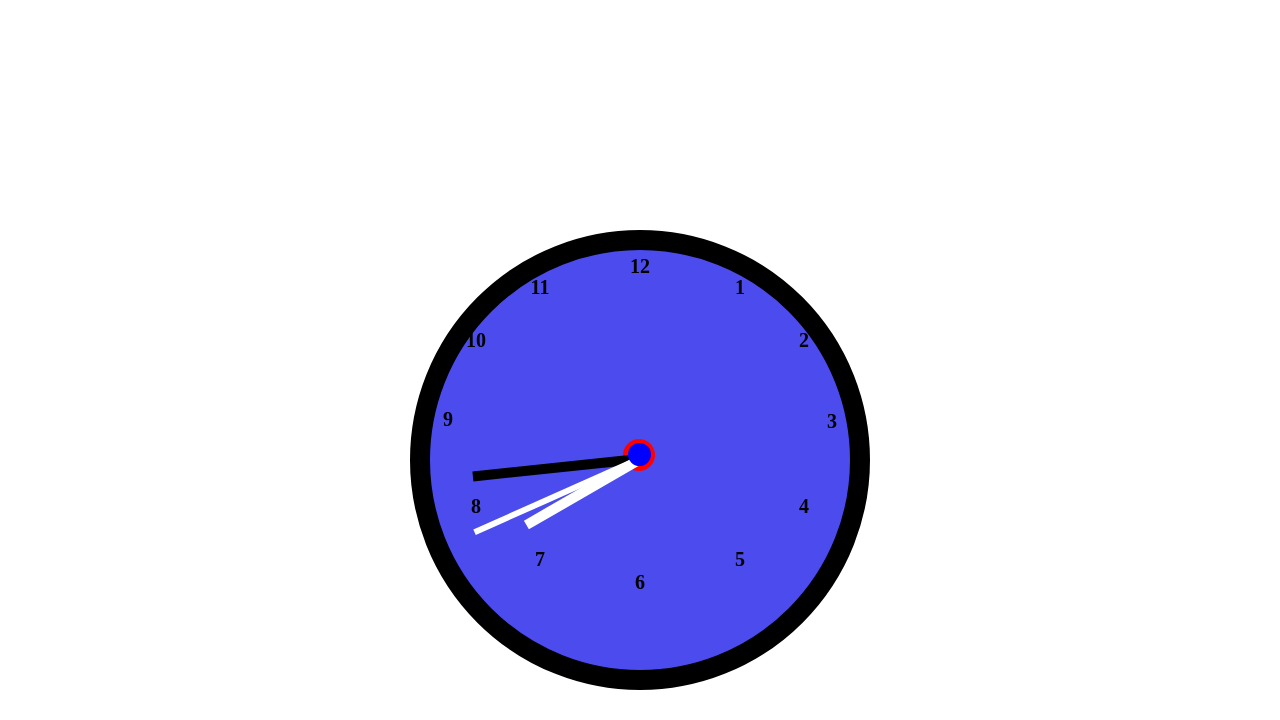
Repository: Eugene44-hub/Analog-clock
Page: index.html
These files come from the project's save history. The page is drawn as it stood at one moment and after the next save; the edit follows.
The browser window is 1280 px wide. The pictures show the whole page.

Above is the page before, as saved 2021-09-04 19:59:59.

### index.html
<!DOCTYPE html>
<html lang="en">

<head>
    <meta charset="UTF-8">
    <meta http-equiv="X-UA-Compatible" content="IE=edge">
    <meta name="viewport" content="width=device-width, initial-scale=1.0">
    <title>Document</title>
    <link rel="stylesheet" href="style.css">
</head>

<body>
    <div class="clock">
        <div class="numbers">

            <div class="circle"></div>
            <div class="minute"></div>
            <div class="hour"></div>
            <div class="second"></div>
            <div class="circle small"></div>
            <div class="num1">1</div>
            <div class="num2">2</div>
            <div class="num3">3</div>
            <div class="num4">4</div>
            <div class="num5">5</div>
            <div class="num6">6</div>
            <div class="num7">7</div>
            <div class="num8">8</div>
            <div class="num9">9</div>
            <div class="num10">10</div>
            <div class="num11">11</div>
            <div class="num12">12</div>
        </div>
    </div>
</body>

<script src="app.js"></script>

</html>

### style.css
* {
    padding: 0;
    margin: 0;
}

.clock {
    background-color: rgb(75, 75, 238);
    height: 400px;
    width: 400px;
    border: 20px solid black;
    text-align: center;
    font-weight: bold;
    font-family: cursive;
    font-size: 20px;
    transform: translate(0, 50%);
    position: relative;
    border-radius: 50%;
    margin: auto;
    padding: 10px;
}

.circle {
    background-color: red;
    position: absolute;
    top: 45%;
    left: 46%;
    width: 32px;
    height: 32px;
    border-radius: 50%;
}

.minute {
    background-color: black;
    position: absolute;
    top: 10%;
    left: 48.5%;
    width: 10px;
    height: 167px;
    border: 50%;
    transform: rotate(0deg);
    transform-origin: bottom;
}

.hour {
    background-color: black;
    position: absolute;
    top: 19%;
    left: 48.5%;
    width: 10px;
    height: 130px;
    border: 50%;
    transform: rotate(0deg);
    background-color: white;
    transform-origin: bottom;
    /* animation: clock 60s linear infinite; */
}

.second {
    position: absolute;
    top: 7%;
    left: 49%;
    width: 6px;
    height: 180px;
    border: 50%;
    transform: rotate(0deg);
    background-color: white;
    transform-origin: bottom;
    animation: clock 60s linear infinite;
}

.small {
    width: 23px;
    height: 23px;
    background-color: blue;
    left: 198px;
    top: 46%;
}


/*
@keyframes clock {
    from {
        transform: rotate(0deg);
        background-color: white;
    }
    to {
        transform: rotate(360deg);
        background-color: blueviolet;
    }
} */

.num6 {
    transform: translate(0, 850%);
}

.num9 {
    transform: translate(-48%, -155%);
}

.num12 {
    transform: translate(0, -1120%);
}

.num3 {
    transform: translate(48%, 450%);
}

.num1 {
    transform: translate(25%, 70%);
}

.num2 {
    transform: translate(41%, 200%);
}

.num4 {
    transform: translate(41%, 720%);
}

.num5 {
    transform: translate(25%, 850%);
}

.num5 {
    transform: translate(25%, 850%);
}

.num7 {
    transform: translate(-25%, 650%);
}

.num8 {
    transform: translate(-41%, 320%);
}

.num11 {
    transform: translate(-25%, -930%)
}

.num10 {
    transform: translate(-41%, -600%);
}


/* .num1,
.num2,
.num3,
.num4,
.num5,
.num6,
.num7,
.num8,
.num9,
.num10,
.num11,
.num12 {
    padding: 15px;
} */


/* .num1 {
    transform: translate(28%, 100%);
}

.num2 {
    transform: translate(44%, 260%);
}

.num3 {
    transform: translate(48%, 489%);
}

.num4 {
    transform: translate(44%, 750%);
}

.num5 {
    transform: translate(28%, 890%);
}

.num6 {
    transform: translate(0, 890%);
}

.num7 {
    transform: translate(24%, 694%);
}

.num8 {
    transform: translate(-44%, 350%)
}

.num9 {
    transform: translate(-48%, -100%);
}

.num10 {
    transform: translate(-44%, -540%);
}

.num11 {
    transform: translate(-28%, -900%);
}

.num12 {
    transform: translate(0, -1130%);
} */

### app.js
let second, hour, minute, date;

second = document.querySelector('.second');
hour = document.querySelector('.hour');
minute = document.querySelector('.minute');
date = new Date();
seconds = date.getSeconds();
hours = date.getHours;
minutes = date.getMinutes();

console.log(hours)
second.style.transform = ` rotate(${seconds*6}deg)`;
minute.style.transform = `rotate(${minutes*6}deg)`;
hour.style.transform = `rotate(${240}deg)`;

After the next save:
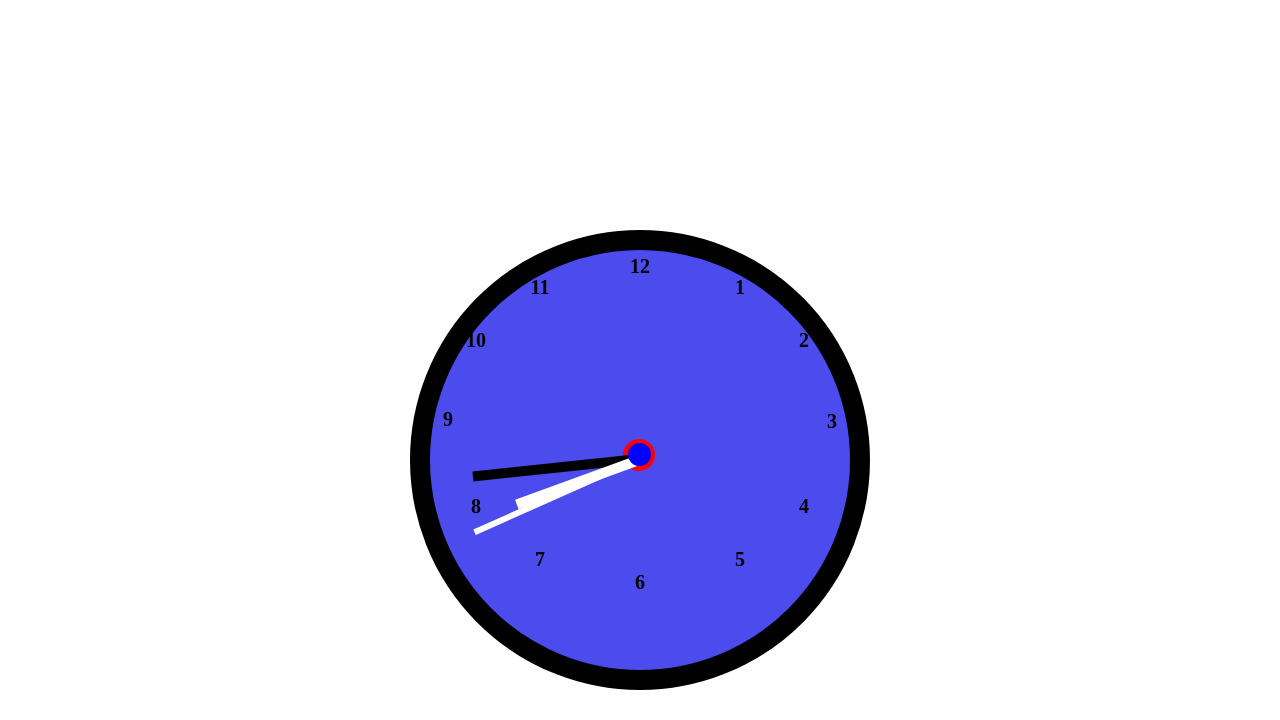
Saved 26 s later.
--- a/app.js
+++ b/app.js
@@ -11,4 +11,4 @@ minutes = date.getMinutes();
 console.log(hours)
 second.style.transform = ` rotate(${seconds*6}deg)`;
 minute.style.transform = `rotate(${minutes*6}deg)`;
-hour.style.transform = `rotate(${240}deg)`;
+hour.style.transform = `rotate(${250}deg)`;
